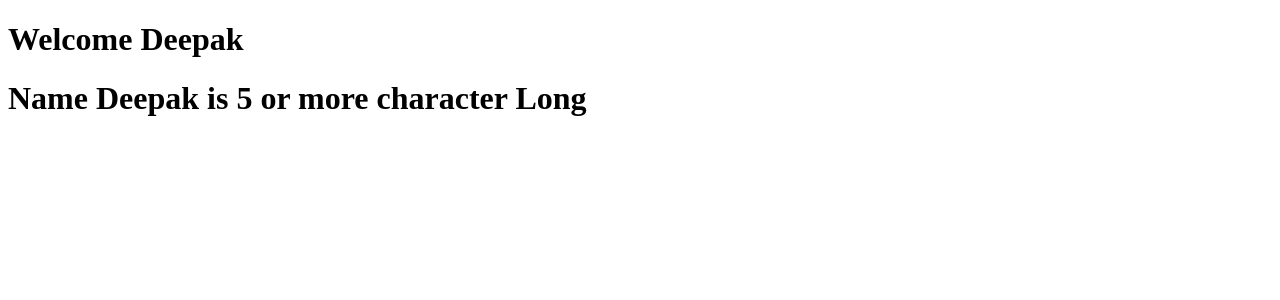
Repository: bhatideepak599/JspServlets
Page: http://localhost/05-java-jstl-tag-demo/jstl-tags-demo.jsp
These files come from the project's save history. The page is drawn as it stood at one moment and after the next save; the edit follows.
The browser window is 1280 px wide. The pictures show the whole page.
The page is served by Tomcat 9. Other server files are loaded and not shown.

Above is the page before, as saved 2024-07-15 10:10:08.

### 05-java-jstl-tag-demo/WebContent/jstl-tags-demo.jsp
<%@ page language="java" contentType="text/html; charset=ISO-8859-1"
    pageEncoding="ISO-8859-1"%>
<%@ taglib uri="http://java.sun.com/jsp/jstl/core" prefix="c"%>
<%@ taglib uri="http://java.sun.com/jsp/jstl/functions" prefix="fn"%>

<!DOCTYPE html>
<html>
<head>
<meta charset="ISO-8859-1">
<title>Insert title here</title>
</head>
<body>

	<c:set var="name" value="Deepak"></c:set>
	<h1>Welcome ${name }</h1>


	<c:if test="${name.length()>=5 }">
		<h1>Name ${name} is 5 or more character Long</h1>
	</c:if>

</body>
</html>

After the next save:
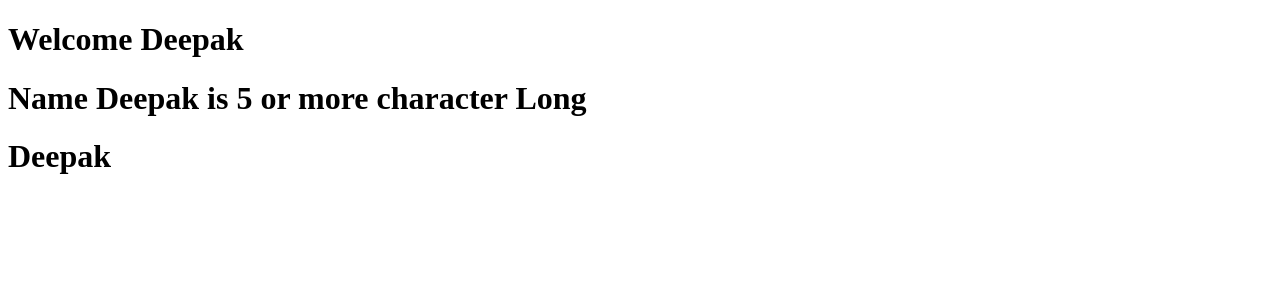
Saved 5 min 56 s later.
--- a/05-java-jstl-tag-demo/WebContent/jstl-tags-demo.jsp
+++ b/05-java-jstl-tag-demo/WebContent/jstl-tags-demo.jsp
@@ -19,5 +19,22 @@
 		<h1>Name ${name} is 5 or more character Long</h1>
 	</c:if>
 
+	<c:choose>
+		<c:when test="${name.length()>3 }">
+			<h1>Deepak</h1>
+		</c:when>
+		<c:when test="${name.length()>5 }">
+			<h1>Bhati</h1>h1>
+			</c:when>
+		<c:when test="${name.length()>6 }">
+			<h1>6</h1>
+			</c:when>
+		<c:otherwise>
+			<h1>otherwise</h1>
+		</c:otherwise>
+
+
+	</c:choose>
+
 </body>
 </html>
